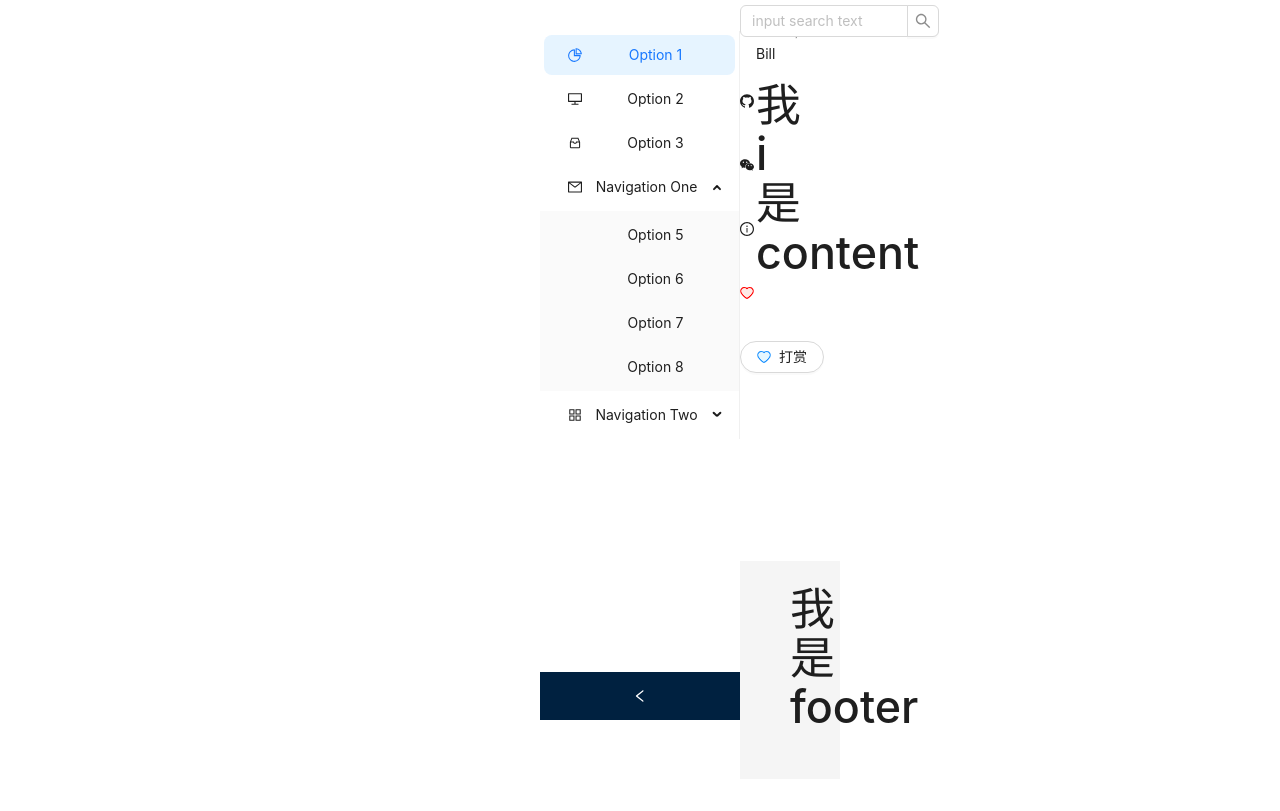
Repository: chenyl8848/chen-tool-collection
Page: /
An editor plug-in stored every save of this project. The page is shown before and after the next save, followed by the edit.
The browser window is 1280 px wide. The pictures show the whole page.
The project was rebuilt for these pictures with package versions that can differ from the ones it lists, and the page was loaded fresh each time. Also part of the build but not shown: vite.config.ts, src/components/HelloWorld.vue.

Above is the page before, as saved 2024-01-09 11:40:26.

After the next save:
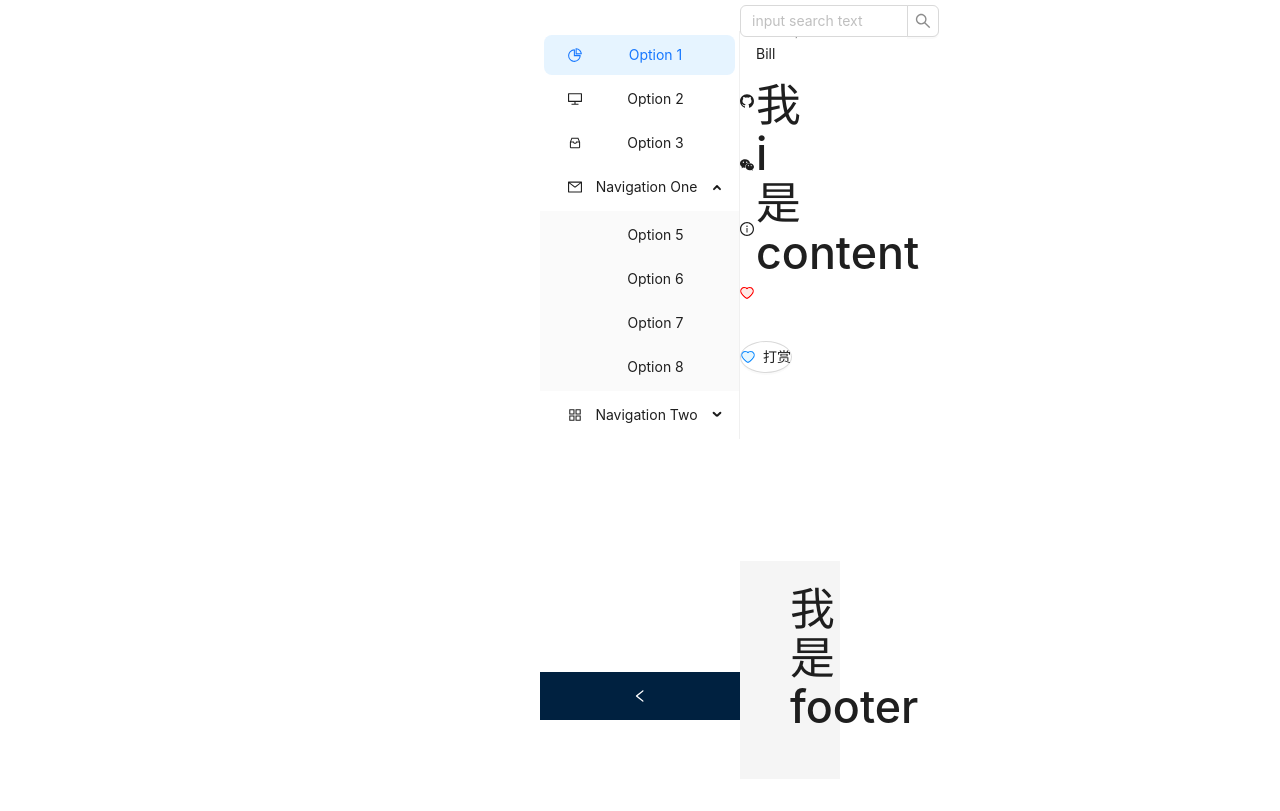
Saved 22 s later.
--- a/src/layout/header/index.vue
+++ b/src/layout/header/index.vue
@@ -17,6 +17,6 @@
     <wechat-outlined />
     <info-circle-outlined />
     <heart-two-tone two-tone-color="red" />
-    <a-button :icon="h(HeartTwoTone)" href="https://www.google.com" shape="round" >打赏</a-button>
+    <a-button :icon="h(HeartTwoTone)" href="https://www.google.com" shape="circle" >打赏</a-button>
   </div>
 </template>
